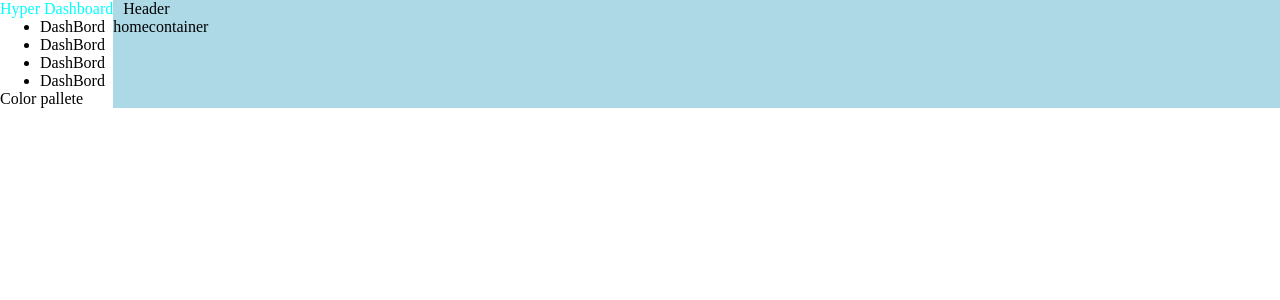
Repository: kenyi-mic/DashBoard
Page: /
The author's editor kept a copy of each file at every save. The page is drawn from the files as they stood at one save, then again after the next save.
The browser window is 1280 px wide. The pictures show the whole page.
The project was rebuilt for these pictures with package versions that can differ from the ones it lists, and the page was loaded fresh each time.

Above is the page before, as saved 2022-05-16 18:02:07.

After the next save:
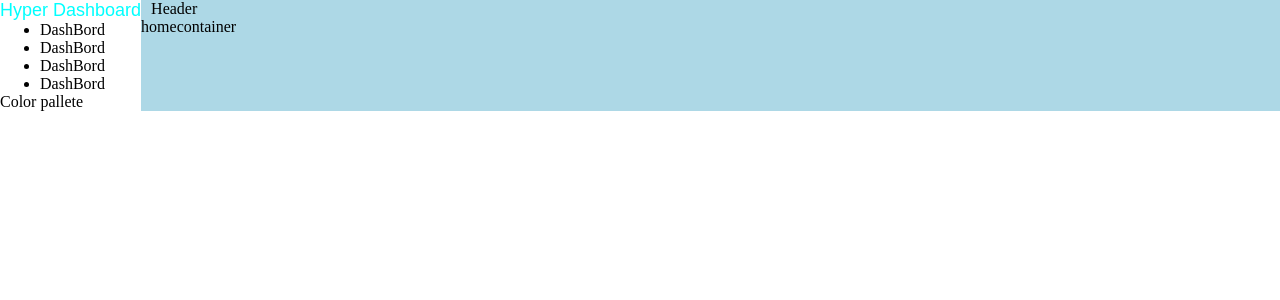
Saved 36 s later.
--- a/src/components/sidebar/sidebar.scss
+++ b/src/components/sidebar/sidebar.scss
@@ -5,6 +5,7 @@
         justify-content:center;
         .logo{
             color:cyan;
+            font: 18px sans-serif ;
         }
     }
 }
